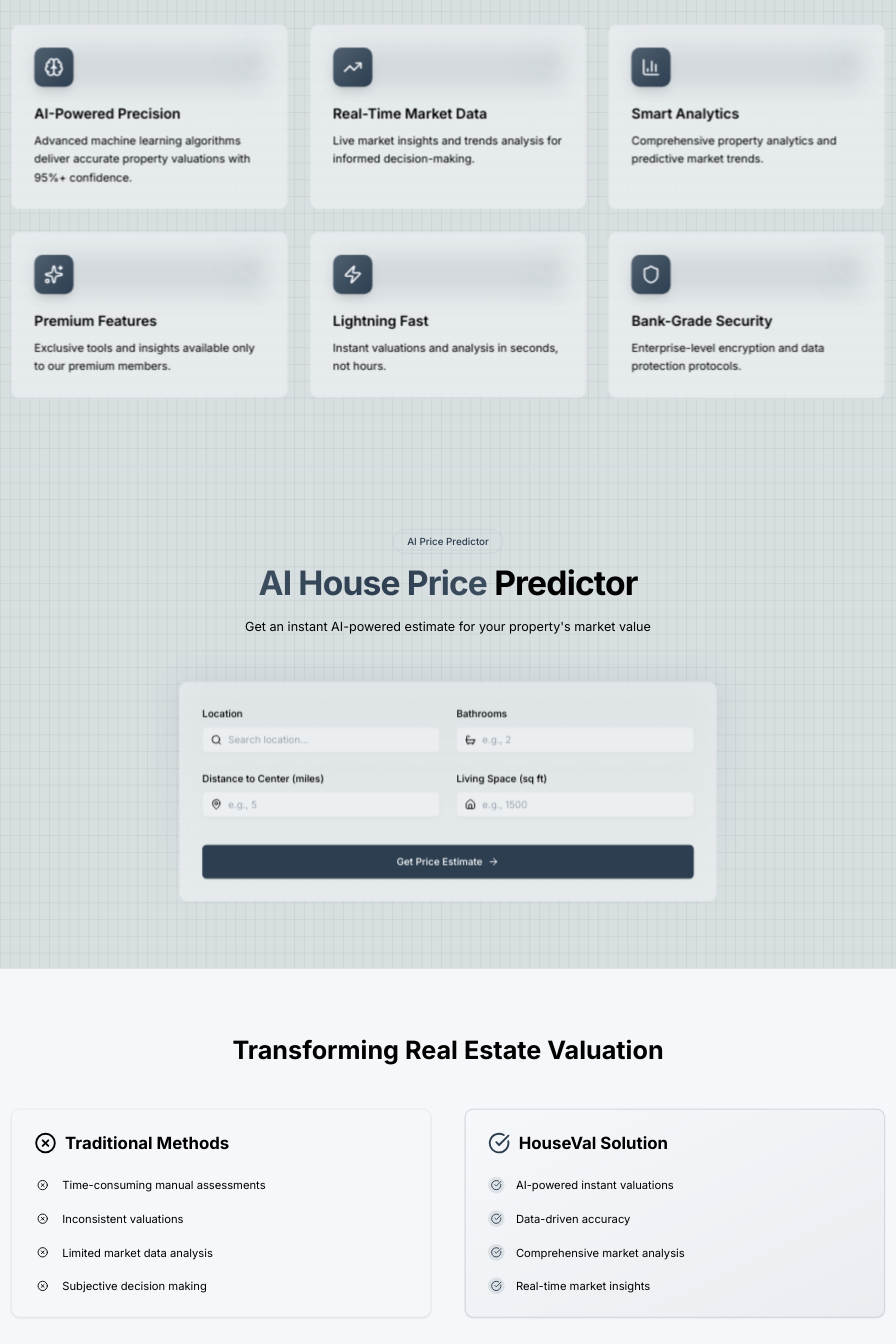
Repository: Rayyy-dev/HouseVal
Page: /
An editor plug-in stored every save of this project. The page is shown before and after the next save, followed by the edit.
The browser window is 1280 px wide. The pictures show the part of the page from y = 1370 to 3290 px (the page is 3674 px tall), at 70% of full size.
The project was rebuilt for these pictures with package versions that can differ from the ones it lists, and the page was loaded fresh each time. The framework's server and built-in components were replaced by stand-ins that run in the browser. Also part of the build but not shown: next.config.ts. Imported but missing from the stored project, and not drawn on this page: src/components/ui/command.

Above is the page before, as saved 2025-01-18 13:23:17.

### src/app/layout.tsx
import type { Metadata } from "next";
import { Inter } from "next/font/google";
import "./globals.css";
import { Toaster } from "sonner";

const inter = Inter({ subsets: ["latin"] });

export const metadata: Metadata = {
  title: "HouseVal - AI-Powered House Price Predictor",
  description: "Get instant, accurate house price estimates powered by AI",
};

export default function RootLayout({
  children,
}: {
  children: React.ReactNode;
}) {
  return (
    <html lang="en">
      <body className={inter.className}>
        {children}
        <Toaster richColors position="top-center" />
      </body>
    </html>
  );
}

### src/app/page.tsx
import { Header } from "@/components/landing-page/sections/header";
import { Hero } from "@/components/landing-page/sections/hero";
import { Integrations } from "@/components/landing-page/sections/integrations";
import { Benefits } from "@/components/landing-page/sections/benefits";
import HousingReport from "../components/landing-page/housing";
import { Solution } from "@/components/landing-page/sections/solution";
import { Footer } from "@/components/landing-page/sections/footer";

export default function Home() {
  return (
    <div className="min-h-screen bg-background">
      <Header />
      <Hero />
      <Integrations />
      <Benefits />
      <HousingReport />
      <Solution />
      <Footer />
    </div>
  );
}

### src/components/landing-page/sections/header.tsx
"use client";

import { Button } from "@/components/ui/button";
import { Building2 } from "lucide-react";

export function Header() {
  return (
    <nav className="fixed top-0 left-0 right-0 bg-background/80 backdrop-blur-md border-b border-border/40 z-50">
      <div className="container mx-auto px-4 py-4">
        <div className="flex justify-between items-center">
          <div className="flex items-center gap-2 group">
            <div className="relative">
              <Building2 className="h-8 w-8 text-primary relative z-10" />
              <div className="absolute inset-0 bg-primary/20 rounded-full blur-lg group-hover:blur-xl transition-all duration-300" />
            </div>
            <div className="text-2xl font-bold relative">
              <span className="bg-gradient-to-r from-primary to-primary/80 bg-clip-text text-transparent">
                HouseVal
              </span>
              <div className="absolute -inset-x-2 -inset-y-1 bg-primary/10 rounded-lg blur opacity-0 group-hover:opacity-100 transition-all duration-300" />
            </div>
          </div>
          <div className="flex items-center gap-6">
            <Button
              variant="ghost"
              className="hover:bg-primary/10 hover:text-primary transition-all duration-300"
            >
              Login
            </Button>
            <Button className="bg-primary hover:bg-primary/90 transition-all duration-300 shadow-lg hover:shadow-primary/25">
              <span className="relative z-10">Get Started</span>
            </Button>
          </div>
        </div>
      </div>
    </nav>
  );
}

### src/components/landing-page/sections/integrations.tsx
import Image from "next/image";

export function Integrations() {
  const technologies = [
    {
      name: "Python",
      icon: "/tech-logos/python.svg",
    },
    {
      name: "TensorFlow",
      icon: "/tech-logos/tensorflow.svg",
    },
    {
      name: "Scikit-learn",
      icon: "https://scikit-learn.org/stable/_static/scikit-learn-logo-small.png",
    },
    {
      name: "PostgreSQL",
      icon: "https://www.postgresql.org/media/img/about/press/elephant.png",
    },
    {
      name: "NumPy",
      icon: "https://numpy.org/images/logo.svg",
    },
  ];

  return (
    <section className="py-12 border-y border-border/40 bg-background/50 backdrop-blur-sm">
      <div className="container mx-auto px-4">
        <p className="text-center text-muted-foreground mb-8">
          Powered by Industry-Leading Technologies
        </p>
        <div className="flex justify-center items-center gap-12 flex-wrap">
          {technologies.map((tech) => (
            <div
              key={tech.name}
              className="flex flex-col items-center gap-2 group"
            >
              <div className="w-16 h-16 relative opacity-70 group-hover:opacity-100 transition-opacity duration-300">
                <Image
                  src={tech.icon}
                  alt={`${tech.name} logo`}
                  fill
                  className="object-contain"
                  unoptimized // Since we're using external URLs
                />
              </div>
              <span className="text-sm text-muted-foreground group-hover:text-foreground transition-colors">
                {tech.name}
              </span>
            </div>
          ))}
        </div>
      </div>
    </section>
  );
}

### src/components/landing-page/sections/solution.tsx
import { Card, CardContent } from "@/components/ui/card";
import { CheckCircle, XCircle } from "lucide-react";

export function Solution() {
  return (
    <section className="py-24 relative">
      <div className="absolute inset-0 bg-gradient-to-br from-destructive/5 via-transparent to-primary/5 -z-10" />
      <div className="container mx-auto px-4">
        <h2 className="text-3xl sm:text-4xl font-bold text-center mb-16">
          Transforming Real Estate Valuation
        </h2>

        <div className="grid grid-cols-1 lg:grid-cols-2 gap-12">
          <Card className="p-8 border-destructive/20 bg-gradient-to-br from-background to-destructive/5">
            <h3 className="text-2xl font-bold mb-8 flex items-center gap-3">
              <XCircle className="text-destructive h-8 w-8" />
              Traditional Methods
            </h3>
            <CardContent className="space-y-6 p-0">
              {[
                "Time-consuming manual assessments",
                "Inconsistent valuations",
                "Limited market data analysis",
                "Subjective decision making"
              ].map((item, i) => (
                <div key={i} className="flex items-start gap-4">
                  <div className="h-6 w-6 rounded-full bg-destructive/10 flex items-center justify-center shrink-0">
                    <XCircle className="h-4 w-4 text-destructive" />
                  </div>
                  <p className="text-muted-foreground">{item}</p>
                </div>
              ))}
            </CardContent>
          </Card>

          <Card className="p-8 border-primary/20 bg-gradient-to-br from-background to-primary/5">
            <h3 className="text-2xl font-bold mb-8 flex items-center gap-3">
              <CheckCircle className="text-primary h-8 w-8" />
              HouseVal Solution
            </h3>
            <CardContent className="space-y-6 p-0">
              {[
                "AI-powered instant valuations",
                "Data-driven accuracy",
                "Comprehensive market analysis",
                "Real-time market insights"
              ].map((item, i) => (
                <div key={i} className="flex items-start gap-4">
                  <div className="h-6 w-6 rounded-full bg-primary/10 flex items-center justify-center shrink-0">
                    <CheckCircle className="h-4 w-4 text-primary" />
                  </div>
                  <p className="text-muted-foreground">{item}</p>
                </div>
              ))}
            </CardContent>
          </Card>
        </div>
      </div>
    </section>
  );
}

### src/components/landing-page/sections/footer.tsx
import { Button } from "@/components/ui/button";

export function Footer() {
  return (
    <footer className="bg-muted/30 border-t border-border">
      <div className="container mx-auto px-4 py-12">
        <div className="grid grid-cols-1 md:grid-cols-4 gap-8">
          <div className="space-y-4">
            <h4 className="text-lg font-bold">HouseVal</h4>
            <p className="text-sm text-muted-foreground">
              AI-powered house price predictions for the modern real estate market.
            </p>
          </div>

          <div>
            <h4 className="font-bold mb-4">Product</h4>
            <ul className="space-y-2 text-sm text-muted-foreground">
              <li>Features</li>
              <li>Pricing</li>
              <li>API</li>
              <li>Documentation</li>
            </ul>
          </div>

          <div>
            <h4 className="font-bold mb-4">Company</h4>
            <ul className="space-y-2 text-sm text-muted-foreground">
              <li>About</li>
              <li>Blog</li>
              <li>Careers</li>
              <li>Contact</li>
            </ul>
          </div>

          <div>
            <h4 className="font-bold mb-4">Legal</h4>
            <ul className="space-y-2 text-sm text-muted-foreground">
              <li>Privacy</li>
              <li>Terms</li>
              <li>Cookie Policy</li>
            </ul>
          </div>
        </div>

        <div className="border-t border-border/40 mt-8 pt-8 text-center text-sm text-muted-foreground">
          © 2024 HouseVal. All rights reserved.
        </div>
      </div>
    </footer>
  );
}

### src/components/ui/button.tsx
import * as React from "react"
import { Slot } from "@radix-ui/react-slot"
import { cva, type VariantProps } from "class-variance-authority"

import { cn } from "@/lib/utils"

const buttonVariants = cva(
  "inline-flex items-center justify-center gap-2 whitespace-nowrap rounded-md text-sm font-medium transition-colors focus-visible:outline-none focus-visible:ring-1 focus-visible:ring-ring disabled:pointer-events-none disabled:opacity-50 [&_svg]:pointer-events-none [&_svg]:size-4 [&_svg]:shrink-0",
  {
    variants: {
      variant: {
        default:
          "bg-primary text-primary-foreground shadow hover:bg-primary/90",
        destructive:
          "bg-destructive text-destructive-foreground shadow-sm hover:bg-destructive/90",
        outline:
          "border border-input bg-background shadow-sm hover:bg-accent hover:text-accent-foreground",
        secondary:
          "bg-secondary text-secondary-foreground shadow-sm hover:bg-secondary/80",
        ghost: "hover:bg-accent hover:text-accent-foreground",
        link: "text-primary underline-offset-4 hover:underline",
      },
      size: {
        default: "h-9 px-4 py-2",
        sm: "h-8 rounded-md px-3 text-xs",
        lg: "h-10 rounded-md px-8",
        icon: "h-9 w-9",
      },
    },
    defaultVariants: {
      variant: "default",
      size: "default",
    },
  }
)

export interface ButtonProps
  extends React.ButtonHTMLAttributes<HTMLButtonElement>,
    VariantProps<typeof buttonVariants> {
  asChild?: boolean
}

const Button = React.forwardRef<HTMLButtonElement, ButtonProps>(
  ({ className, variant, size, asChild = false, ...props }, ref) => {
    const Comp = asChild ? Slot : "button"
    return (
      <Comp
        className={cn(buttonVariants({ variant, size, className }))}
        ref={ref}
        {...props}
      />
    )
  }
)
Button.displayName = "Button"

export { Button, buttonVariants }

### src/components/ui/input.tsx
import * as React from "react"

import { cn } from "@/lib/utils"

export interface InputProps extends React.InputHTMLAttributes<HTMLInputElement> {}

const Input = React.forwardRef<HTMLInputElement, InputProps>(
  ({ className, type, ...props }, ref) => {
    return (
      <input
        type={type}
        className={cn(
          "flex h-9 w-full rounded-md border border-input bg-transparent px-3 py-1 text-base shadow-sm transition-colors file:border-0 file:bg-transparent file:text-sm file:font-medium file:text-foreground placeholder:text-muted-foreground focus-visible:outline-none focus-visible:ring-1 focus-visible:ring-ring disabled:cursor-not-allowed disabled:opacity-50 md:text-sm",
          className
        )}
        ref={ref}
        {...props}
      />
    )
  }
)
Input.displayName = "Input"

export { Input }

### src/components/ui/avatar-stack.tsx
"use client";

const generateInitialsAvatar = (index: number) => {
  const colors = [
    'from-blue-500 to-blue-600',
    'from-emerald-500 to-emerald-600',
    'from-purple-500 to-purple-600',
    'from-amber-500 to-amber-600',
    'from-rose-500 to-rose-600',
    'from-cyan-500 to-cyan-600'
  ];
  const initials = ['JD', 'AR', 'MS', 'KL', 'RB', 'TC'];

  return (
    <div
      className={`w-8 h-8 rounded-full bg-gradient-to-br ${colors[index]} flex items-center justify-center text-xs font-medium text-white shadow-lg ring-2 ring-background backdrop-blur-sm`}
    >
      {initials[index]}
    </div>
  );
};

export function AvatarStack() {
  return (
    <div className="flex items-center gap-3">
      <div className="flex -space-x-3">
        {Array.from({ length: 6 }).map((_, i) => (
          <div
            key={i}
            className="relative transition-all duration-300 ease-out hover:scale-110 hover:z-10 hover:-translate-y-1"
            style={{ zIndex: 6 - i }}
          >
            {generateInitialsAvatar(i)}
          </div>
        ))}
      </div>
      <div className="flex flex-col">
        <span className="text-sm font-semibold bg-gradient-to-r from-primary to-primary/70 bg-clip-text text-transparent">
          10k+ Users
        </span>
        <span className="text-xs text-muted-foreground">
          Trust HouseVal
        </span>
      </div>
    </div>
  );
}

### src/components/ui/label.tsx
"use client"

import * as React from "react"
import * as LabelPrimitive from "@radix-ui/react-label"
import { cva, type VariantProps } from "class-variance-authority"

import { cn } from "@/lib/utils"

const labelVariants = cva(
  "text-sm font-medium leading-none peer-disabled:cursor-not-allowed peer-disabled:opacity-70"
)

const Label = React.forwardRef<
  React.ElementRef<typeof LabelPrimitive.Root>,
  React.ComponentPropsWithoutRef<typeof LabelPrimitive.Root> &
    VariantProps<typeof labelVariants>
>(({ className, ...props }, ref) => (
  <LabelPrimitive.Root
    ref={ref}
    className={cn(labelVariants(), className)}
    {...props}
  />
))
Label.displayName = LabelPrimitive.Root.displayName

export { Label }

### src/components/ui/card.tsx
import * as React from "react"

import { cn } from "@/lib/utils"

const Card = React.forwardRef<
  HTMLDivElement,
  React.HTMLAttributes<HTMLDivElement>
>(({ className, ...props }, ref) => (
  <div
    ref={ref}
    className={cn(
      "rounded-xl border bg-card text-card-foreground shadow",
      className
    )}
    {...props}
  />
))
Card.displayName = "Card"

const CardHeader = React.forwardRef<
  HTMLDivElement,
  React.HTMLAttributes<HTMLDivElement>
>(({ className, ...props }, ref) => (
  <div
    ref={ref}
    className={cn("flex flex-col space-y-1.5 p-6", className)}
    {...props}
  />
))
CardHeader.displayName = "CardHeader"

const CardTitle = React.forwardRef<
  HTMLDivElement,
  React.HTMLAttributes<HTMLDivElement>
>(({ className, ...props }, ref) => (
  <div
    ref={ref}
    className={cn("font-semibold leading-none tracking-tight", className)}
    {...props}
  />
))
CardTitle.displayName = "CardTitle"

const CardDescription = React.forwardRef<
  HTMLDivElement,
  React.HTMLAttributes<HTMLDivElement>
>(({ className, ...props }, ref) => (
  <div
    ref={ref}
    className={cn("text-sm text-muted-foreground", className)}
    {...props}
  />
))
CardDescription.displayName = "CardDescription"

const CardContent = React.forwardRef<
  HTMLDivElement,
  React.HTMLAttributes<HTMLDivElement>
>(({ className, ...props }, ref) => (
  <div ref={ref} className={cn("p-6 pt-0", className)} {...props} />
))
CardContent.displayName = "CardContent"

const CardFooter = React.forwardRef<
  HTMLDivElement,
  React.HTMLAttributes<HTMLDivElement>
>(({ className, ...props }, ref) => (
  <div
    ref={ref}
    className={cn("flex items-center p-6 pt-0", className)}
    {...props}
  />
))
CardFooter.displayName = "CardFooter"

export { Card, CardHeader, CardFooter, CardTitle, CardDescription, CardContent }

### tailwind.config.ts
import { fontFamily } from "tailwindcss/defaultTheme"
import type { Config } from "tailwindcss"

const config = {
  darkMode: ["class"],
  content: [
    './pages/**/*.{ts,tsx}',
    './components/**/*.{ts,tsx}',
    './app/**/*.{ts,tsx}',
    './src/**/*.{ts,tsx}',
	],
  theme: {
    container: {
      center: true,
      padding: "2rem",
      screens: {
        "2xl": "1400px",
      },
    },
    extend: {
      colors: {
        primary: {
          DEFAULT: "#2C3E50",
          foreground: "#FFFFFF",
        },
        secondary: {
          DEFAULT: "#E67E22",
          foreground: "#FFFFFF",
        },
        accent: {
          DEFAULT: "#16A085",
          foreground: "#FFFFFF",
        },
        background: "#F5F7FA",
        muted: "#95A5A6",
      },
      fontFamily: {
        sans: ["var(--font-sans)", ...fontFamily.sans],
      },
      keyframes: {
        "accordion-down": {
          from: { height: "0" },
          to: { height: "var(--radix-accordion-content-height)" },
        },
        "accordion-up": {
          from: { height: "var(--radix-accordion-content-height)" },
          to: { height: "0" },
        },
      },
      animation: {
        "accordion-down": "accordion-down 0.2s ease-out",
        "accordion-up": "accordion-up 0.2s ease-out",
      },
    },
  },
  plugins: [require("tailwindcss-animate")],
} satisfies Config

export default config

### src/components/ui/popover.tsx
"use client"

import * as React from "react"
import * as PopoverPrimitive from "@radix-ui/react-popover"

import { cn } from "@/lib/utils"

const Popover = PopoverPrimitive.Root

const PopoverTrigger = PopoverPrimitive.Trigger

const PopoverAnchor = PopoverPrimitive.Anchor

const PopoverContent = React.forwardRef<
  React.ElementRef<typeof PopoverPrimitive.Content>,
  React.ComponentPropsWithoutRef<typeof PopoverPrimitive.Content>
>(({ className, align = "center", sideOffset = 4, ...props }, ref) => (
  <PopoverPrimitive.Portal>
    <PopoverPrimitive.Content
      ref={ref}
      align={align}
      sideOffset={sideOffset}
      className={cn(
        "z-50 w-72 rounded-md border bg-popover p-4 text-popover-foreground shadow-md outline-none data-[state=open]:animate-in data-[state=closed]:animate-out data-[state=closed]:fade-out-0 data-[state=open]:fade-in-0 data-[state=closed]:zoom-out-95 data-[state=open]:zoom-in-95 data-[side=bottom]:slide-in-from-top-2 data-[side=left]:slide-in-from-right-2 data-[side=right]:slide-in-from-left-2 data-[side=top]:slide-in-from-bottom-2",
        className
      )}
      {...props}
    />
  </PopoverPrimitive.Portal>
))
PopoverContent.displayName = PopoverPrimitive.Content.displayName

export { Popover, PopoverTrigger, PopoverContent, PopoverAnchor }

### src/components/landing-page/housing/locations.ts
// Extract unique cities and states from the CSV
export const locations = [
  // New York
  { value: 'new-york-ny', label: 'New York, NY', factor: 2.0 },
  { value: 'brooklyn-ny', label: 'Brooklyn, NY', factor: 1.8 },
  { value: 'queens-ny', label: 'Queens, NY', factor: 1.6 },

  // California
  { value: 'los-angeles-ca', label: 'Los Angeles, CA', factor: 1.9 },
  { value: 'san-francisco-ca', label: 'San Francisco, CA', factor: 2.1 },
  { value: 'san-diego-ca', label: 'San Diego, CA', factor: 1.7 },

  // Texas
  { value: 'austin-tx', label: 'Austin, TX', factor: 1.5 },
  { value: 'houston-tx', label: 'Houston, TX', factor: 1.3 },
  { value: 'dallas-tx', label: 'Dallas, TX', factor: 1.4 },

  // Florida
  { value: 'miami-fl', label: 'Miami, FL', factor: 1.6 },
  { value: 'orlando-fl', label: 'Orlando, FL', factor: 1.3 },

  // Washington
  { value: 'seattle-wa', label: 'Seattle, WA', factor: 1.8 },

  // Illinois
  { value: 'chicago-il', label: 'Chicago, IL', factor: 1.5 },

  // Massachusetts
  { value: 'boston-ma', label: 'Boston, MA', factor: 1.9 },

  // And more major cities...
] as const;

Loaded but not shown: src/lib/utils.ts (common file); src/components/landing-page/sections/hero.tsx (333 lines, source omitted); src/app/globals.css (956 lines, source omitted); src/components/landing-page/sections/price-predictor.tsx (343 lines, source omitted); src/components/landing-page/housing/index.tsx (338 lines, source omitted); src/components/landing-page/sections/benefits.tsx (160 lines, source omitted)

After the next save:
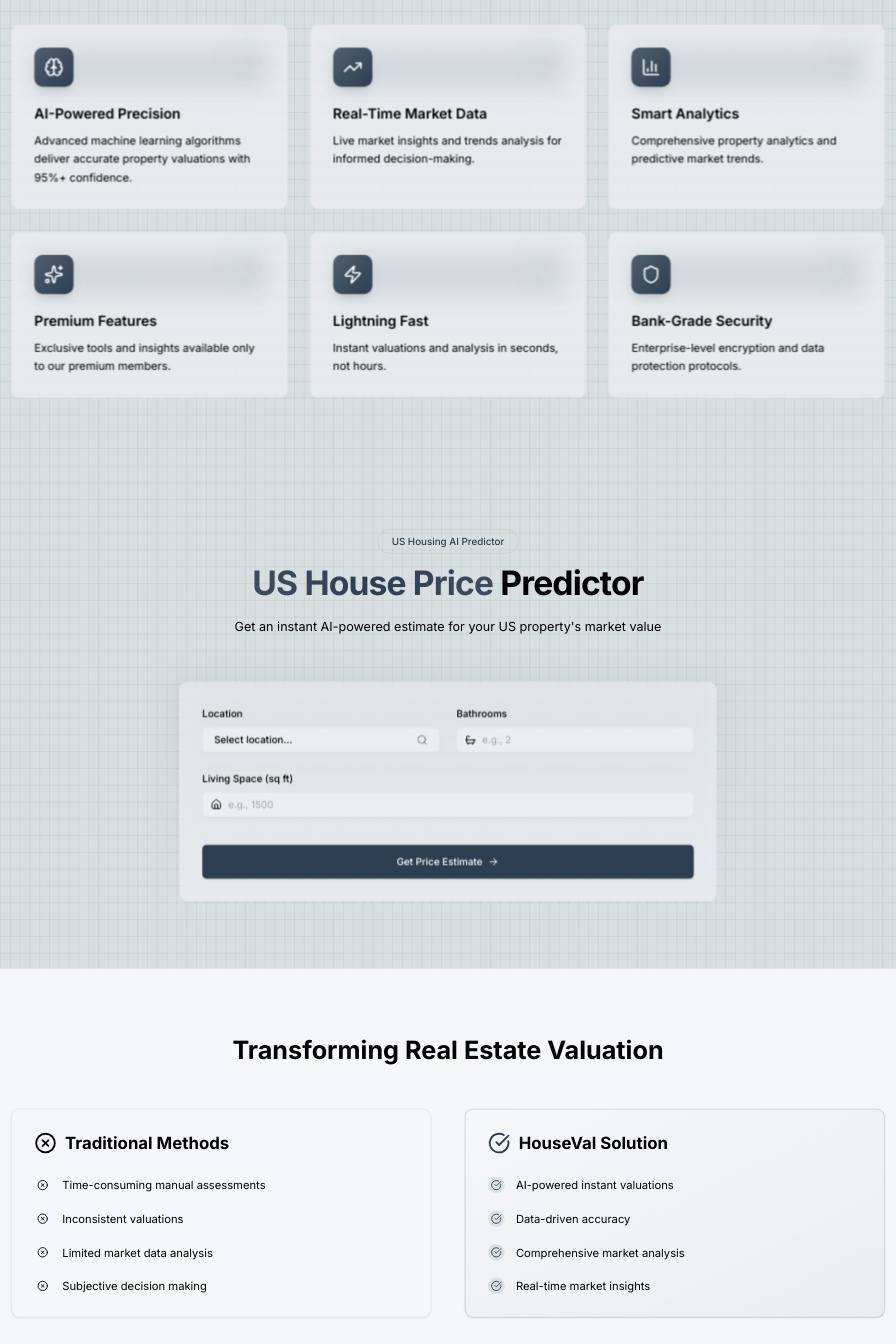
Saved 5 min 21 s later.
--- a/src/app/page.tsx
+++ b/src/app/page.tsx
@@ -2,7 +2,7 @@
 import { Hero } from "@/components/landing-page/sections/hero";
 import { Integrations } from "@/components/landing-page/sections/integrations";
 import { Benefits } from "@/components/landing-page/sections/benefits";
-import HousingReport from "../components/landing-page/housing";
+import { PricePredictor } from "@/components/landing-page/sections/price-predictor";
 import { Solution } from "@/components/landing-page/sections/solution";
 import { Footer } from "@/components/landing-page/sections/footer";
 
@@ -13,7 +13,7 @@
       <Hero />
       <Integrations />
       <Benefits />
-      <HousingReport />
+      <PricePredictor />
       <Solution />
       <Footer />
     </div>
